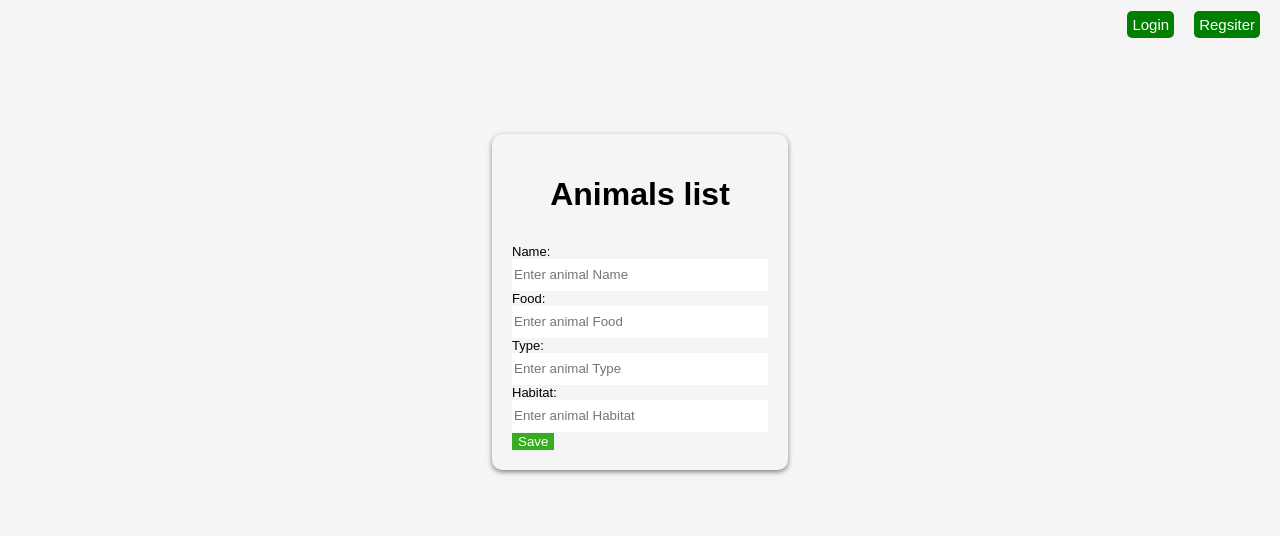
Repository: Dennis-star1001/PHP-CRUD
Page: http://localhost/index.php
An editor plug-in stored every save of this project. The page is shown before and after the next save, followed by the edit.
The browser window is 1280 px wide. The pictures show the whole page.
The page is run by PHP 8.4 with error messages shown; the project is at /var/www/html/.

Above is the page before, as saved 2022-07-05 23:04:50.

### index.php
<!DOCTYPE html>
<html lang="en">

<head>
    <meta charset="UTF-8">
    <meta http-equiv="X-UA-Compatible" content="IE=edge">
    <meta name="viewport" content="width=device-width, initial-scale=1.0">
    <link rel="stylesheet" href="style.css">

    <title>Document</title>
</head>

<body>
    <nav>
        <ul class="nav-links">
            <li><a href="login.php">Login</a></li>
            <li><a href="register.php">Regsiter</a></li>
        </ul>
    </nav>

    <div class="main-animal">
    <div class="animal-container">
            <div class="left">
        <h1 class="title">Animals list</h1>
        <form method="POST" action="index.php">
            <div  class="input-field">
                <label for="name">Name:</label>
                <input type="text" placeholder="Enter animal Name" name='name'>
            </div>

            <div class="input-field">
                <label for="name">Food:</label>
                <input type="text" placeholder="Enter animal Food" name='food'>
            </div>

            <div class="input-field">
                <label for="name">Type:</label>
                <input type="text" placeholder="Enter animal Type" name='type'>
            </div>


            <div class="input-field">
                <label for="name">Habitat:</label>
                <input class="text-input"  type="text" placeholder="Enter animal Habitat" name='habitat'>
            </div>

            <button type='submit' value="Save" class="submit">Save</button>
        </form>
            </div>
    </div>
    </div>
</body>

</html>

### style.css
body {
    margin: 0px;
    font-family: sans-serif;
    background-color: whitesmoke;

}

.title{

    text-align: center;

}

.container{
    display: flex;
    justify-content: center;
    align-items: center;
    height: 100%;
}
.animal-container{
    display: flex;
    justify-content: center;
    align-items: center;
    height: 70vh;
}
.left{
    display: flex;
    flex-direction: column;
    width: 20%;
    /* border: 1px solid black; */
    box-shadow: 0 2px 5px gray;
    border-radius: 10px;
    padding: 20px;
    gap: 10px;
}
.input-field{
    display: flex;
    flex-direction: column;
}
input{
    height: 30px;
    border: none;

}
input:focus{
    outline: none;
    border-bottom: 1px solid gray;
}
label{
    font-size: 13px;
}
.submit{
    background-color: rgb(54, 173, 30);
    border: none;
    color: white;
}
.error {
    height: 5%;
    width: 100%;
    background-color: pink;
    color: red;
    font-family: sans-serif;
    display: flex;
    justify-content: center;
    align-items: center;
    font-size: 15px;
}

.success {
    height: 10%;
    width: 100%;
    background-color: lightgreen;
    color: green;
    font-family: sans-serif;
    display: flex;
    justify-content: center;
    align-items: center;
    font-size: 15px;
}
p{
    font-size: 11px;
    text-align: center;
}
.nav-links{
    display: flex;
    list-style: none;
    justify-content: right;
    padding-right: 10px;

}

.nav-links li a{
    padding: 5px;
    border-radius: 5px;
    margin: 5px 10px;
    font-size: 15px;
    text-decoration: none;
    color: white;
    background-color: green;
}
/* .main-animal{
    display: flex;
    justify-content: center;
    flex-direction: column;
    align-items: center;
} */

### backend.php
<?php
require("connection.php");

if (isset($_POST['register'])) {
    $username = $_POST['username'];
    $email = $_POST['email'];
    $password = $_POST['password'];
    $phone = $_POST['phone'];

    if (empty($username) || empty($email) || empty($password) || empty($phone)) {
        header("Location: register.php?err=Empty field not allowed!");
        exit;
    }

    //check if existed
    $Select_sql = "SELECT * FROM register WHERE username = '$username' AND phone = '$phone'";

    $query =  mysqli_query($conn, $Select_sql);


    if (mysqli_num_rows($query) > 0) {
        header("Location: register.php?err=This user already exist");
        exit;
    } else {
        $Insert_sql = "INSERT INTO register SET username = '$username', email='$email', password='$password', phone = '$phone'";
        mysqli_query($conn, $Insert_sql);
        header("Location: login.php?sucess=You can now register");
    }
}


if (isset($_POST['login'])) {
    $username = $_POST['username'];

    $password = $_POST['password'];


    if (empty($username) || empty($password)) {
        header("Location: login.php?err=Empty field not allowed!");
        exit;
    }

    $sql = "SELECT * FROM register WHERE username = '$username' AND password = '$password'";
    $query = mysqli_query($conn, $sql);
    if (mysqli_num_rows($query) > 0) {
        $row = mysqli_fetch_array($query);
        $_SESSION['id'] = $row['id'];
        $_SESSION['username'] = $row['username'];
        $_SESSION['password'] = $row['password'];

        header("Location: index.php?success=Logged in...");


    } else {
        header("Location: login.php?err=User not found!");
        exit;
    }

}

### connection.php
<?php
$conn = mysqli_connect("localhost", "root", "", "Wild_animals");
if(!$conn){
die("Connection failed: " . mysqli_connect_error());
}

After the next save:
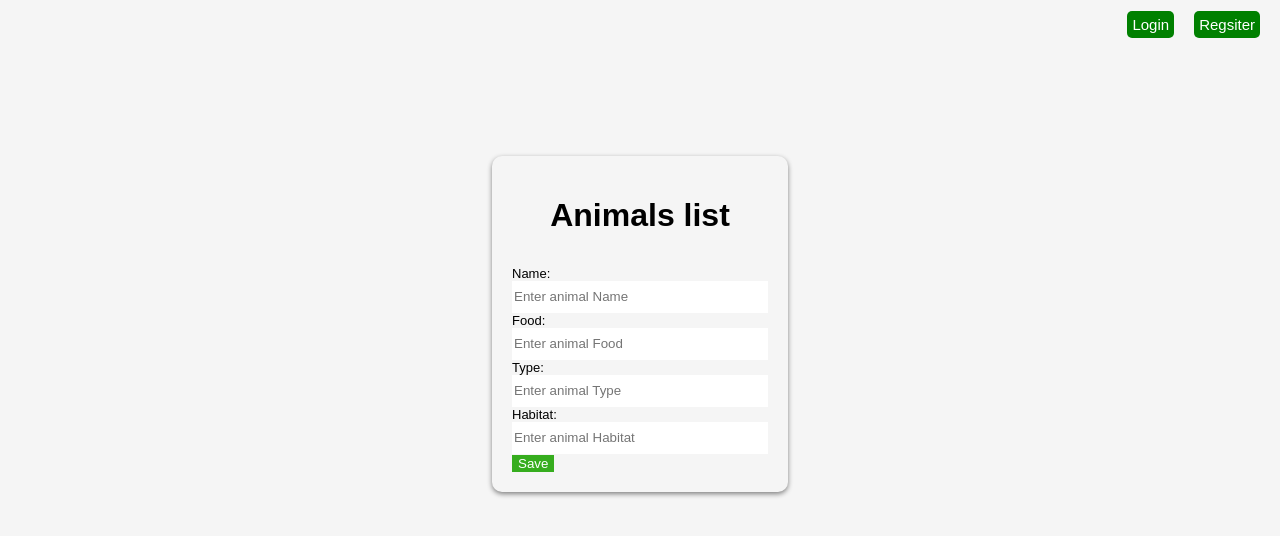
Saved 2 min 19 s later.
--- a/index.php
+++ b/index.php
@@ -1,3 +1,4 @@
+<?php require("backend.php");?>
 <!DOCTYPE html>
 <html lang="en">
 
@@ -13,6 +14,7 @@
 <body>
     <nav>
         <ul class="nav-links">
+            <h2></h2>
             <li><a href="login.php">Login</a></li>
             <li><a href="register.php">Regsiter</a></li>
         </ul>
